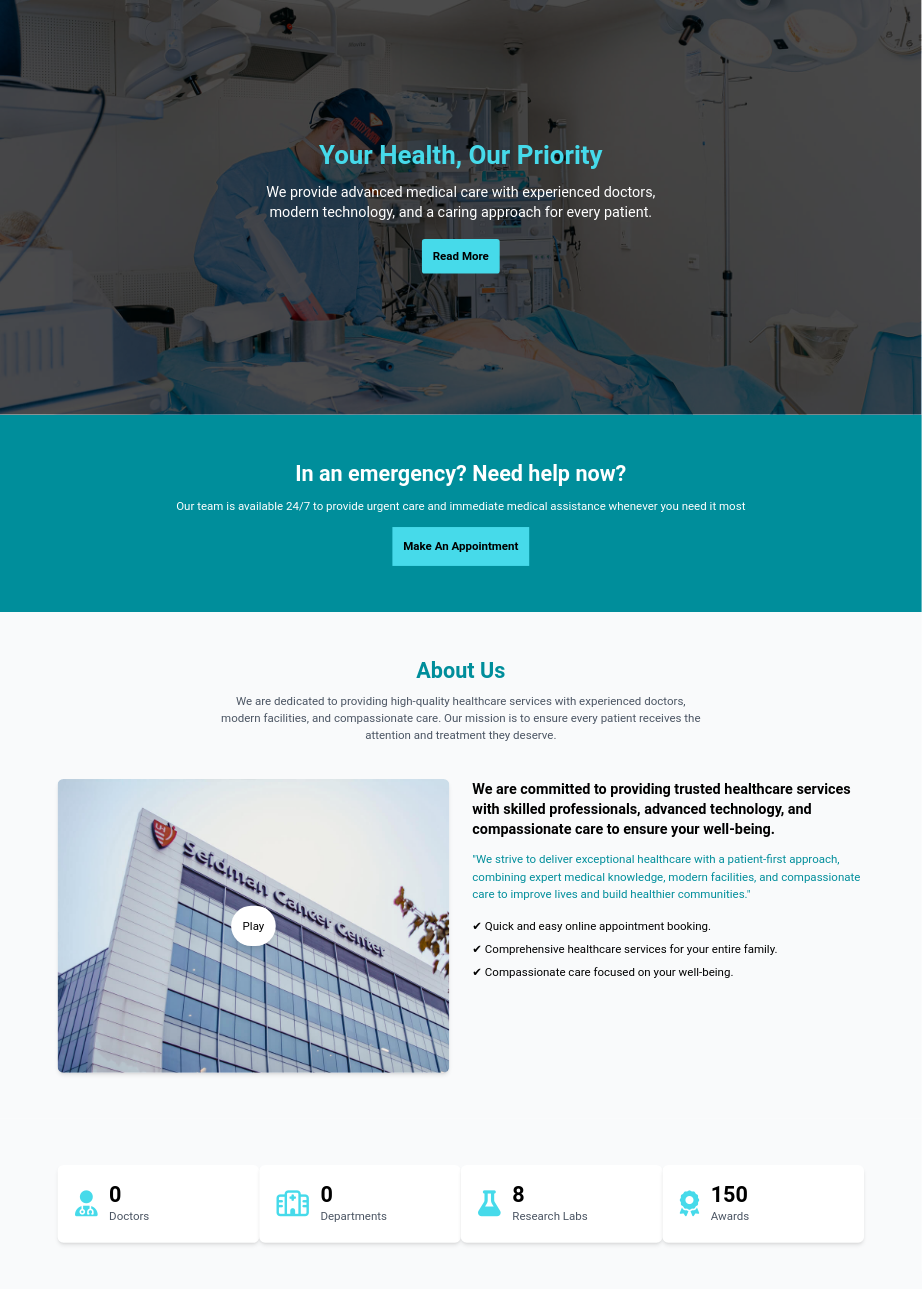
Repository: ahmedkhaleddev02-del/DoctorAppointment-MERN
Page: / (app in frontend/frontend/)
These files come from the project's save history. The page is drawn as it stood at one moment and after the next save; the edit follows.
The browser window is 1280 px wide. The pictures show the whole page, at 72% of full size.
The page's requests for data from a server got no answer. The project was rebuilt for these pictures with package versions that can differ from the ones it lists, and the page was loaded fresh each time. No one was signed in, and anything a server would have sent is missing.

Above is the page before, as saved 2025-07-27 22:51:39.

After the next save:
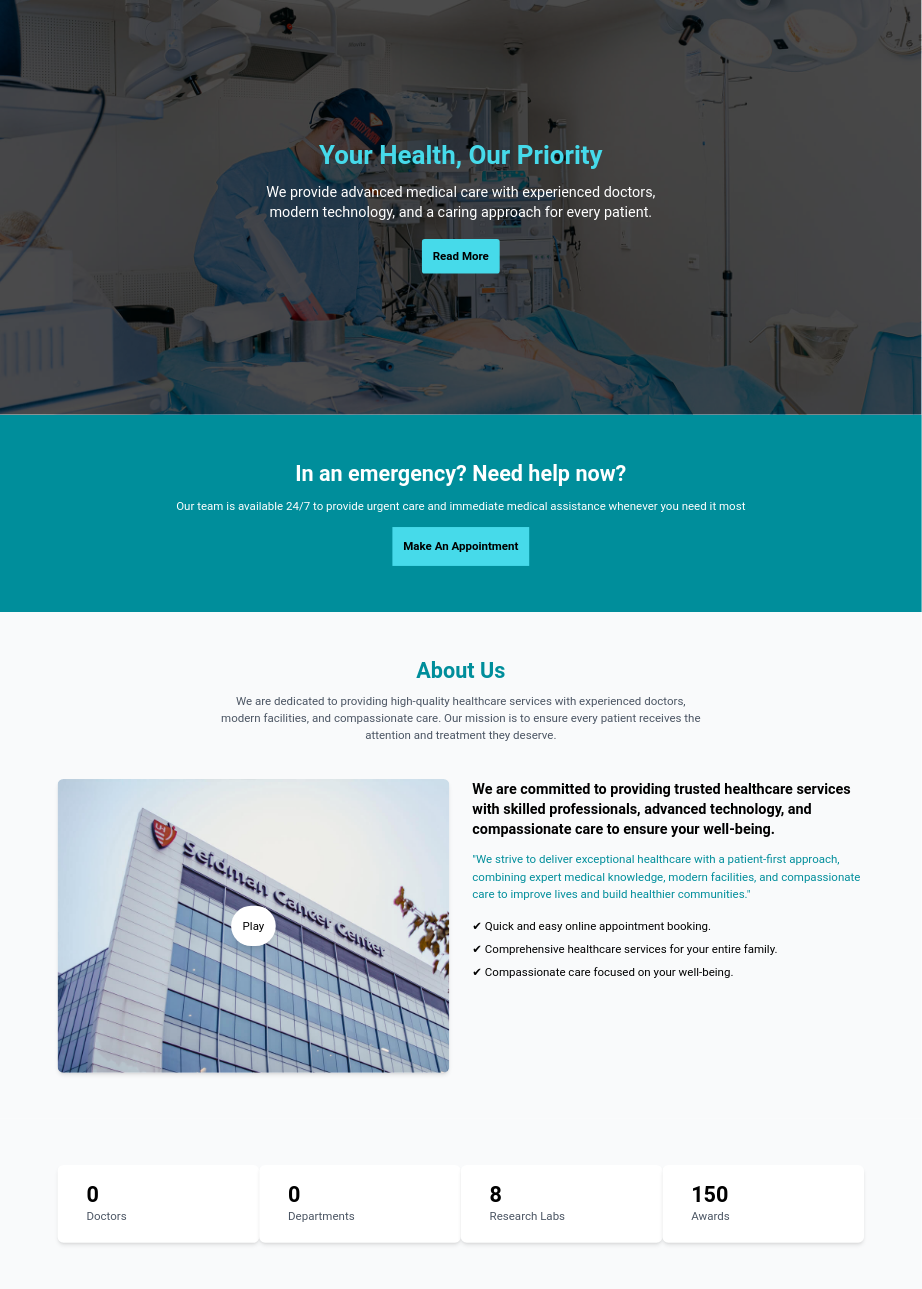
Saved 5 s later.
--- a/frontend/frontend/public/index.html
+++ b/frontend/frontend/public/index.html
@@ -10,10 +10,6 @@
       name="description"
       content="Web site created using create-react-app"
     />
-    <link
-  rel="stylesheet"
-  href="https://cdnjs.cloudflare.com/ajax/libs/font-awesome/6.4.0/css/all.min.css"
-/>
 
     <link rel="apple-touch-icon" href="%PUBLIC_URL%/logo192.png" />
     <!--
